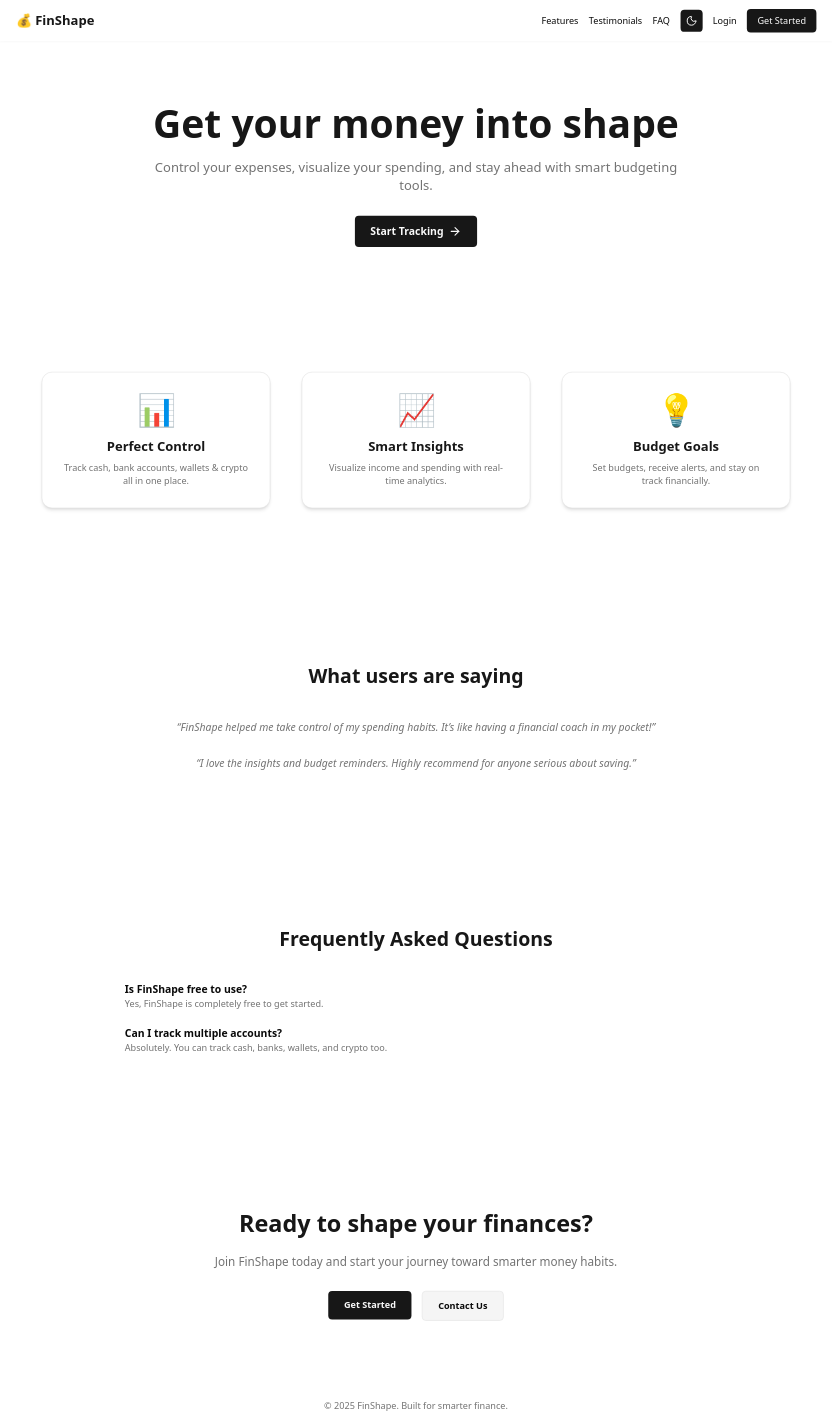
Repository: ruthvik-mt/Trackifi
Page: /categories (app in frontend/)
These files come from the project's save history. The page is drawn as it stood at one moment and after the next save; the edit follows.
The browser window is 1280 px wide. The pictures show the whole page, at 65% of full size.
The project was rebuilt for these pictures with package versions that can differ from the ones it lists, and the page was loaded fresh each time. Also part of the build but not shown: frontend/vite.config.ts, frontend/src/components/FormInput.tsx, frontend/src/pages/Auth/Login.tsx, frontend/src/pages/Auth/Register.tsx, frontend/src/components/Sidebar.tsx, frontend/src/components/ThemeToggleButton.tsx, frontend/src/components/Navbar.tsx, frontend/src/pages/Dashboard/Layout.tsx and 20 more.

Above is the page before, as saved 2025-07-15 21:04:28.

After the next save:
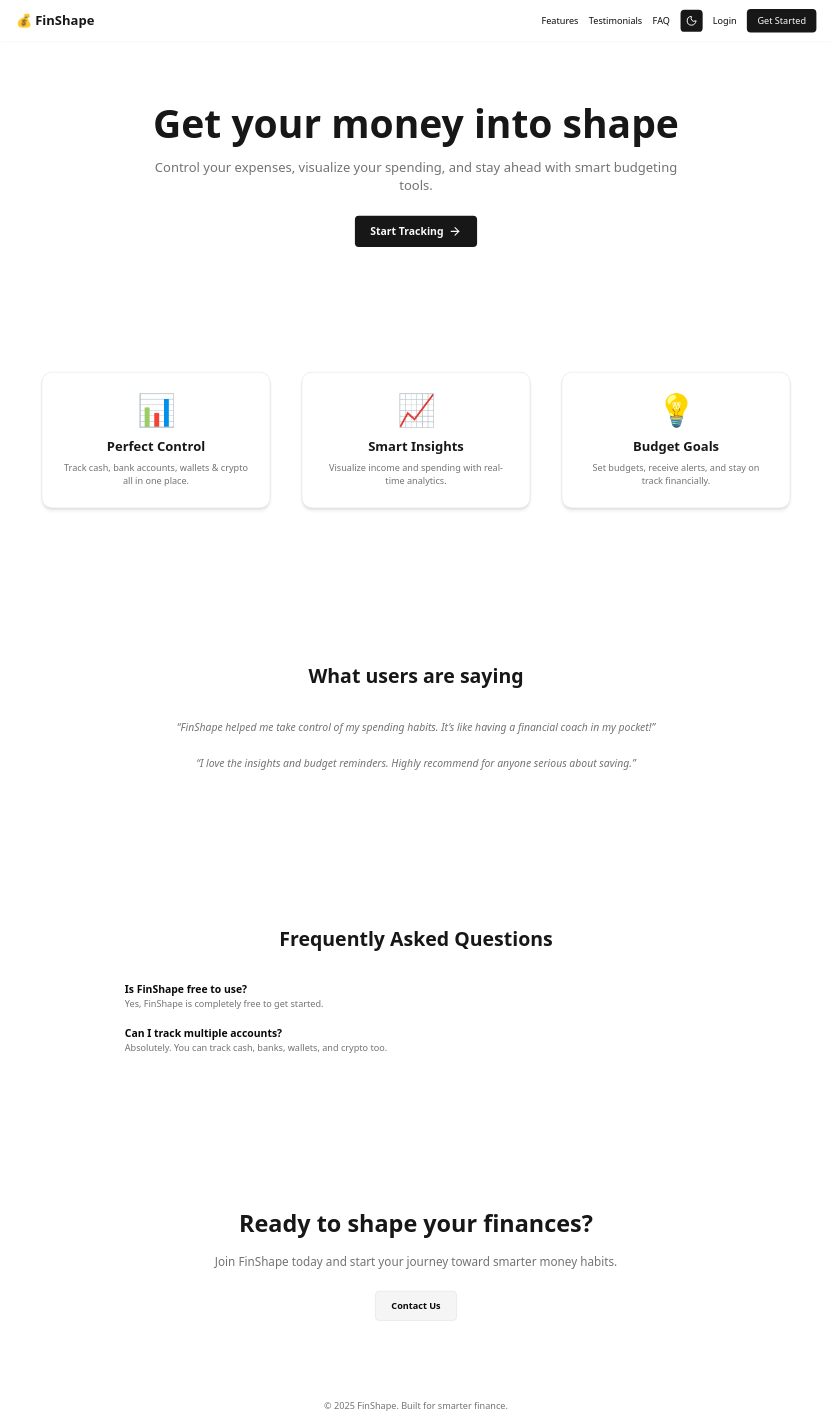
Saved 69 s later.
--- a/frontend/src/pages/LandingPage.tsx
+++ b/frontend/src/pages/LandingPage.tsx
@@ -223,11 +223,6 @@ export default function LandingPage() {
       Join FinShape today and start your journey toward smarter money habits.
     </p>
     <div className="flex flex-col sm:flex-row gap-4 justify-center">
-      <Link to="/register">
-        <button className="px-6 py-3 text-sm font-semibold bg-primary text-primary-foreground rounded-md hover:bg-primary/90 transition-colors">
-          Get Started
-        </button>
-      </Link>
       <Link to="/contact">
         <button className="px-6 py-3 text-sm font-semibold bg-muted text-foreground border border-border rounded-md hover:bg-muted/80 transition-colors">
           Contact Us
